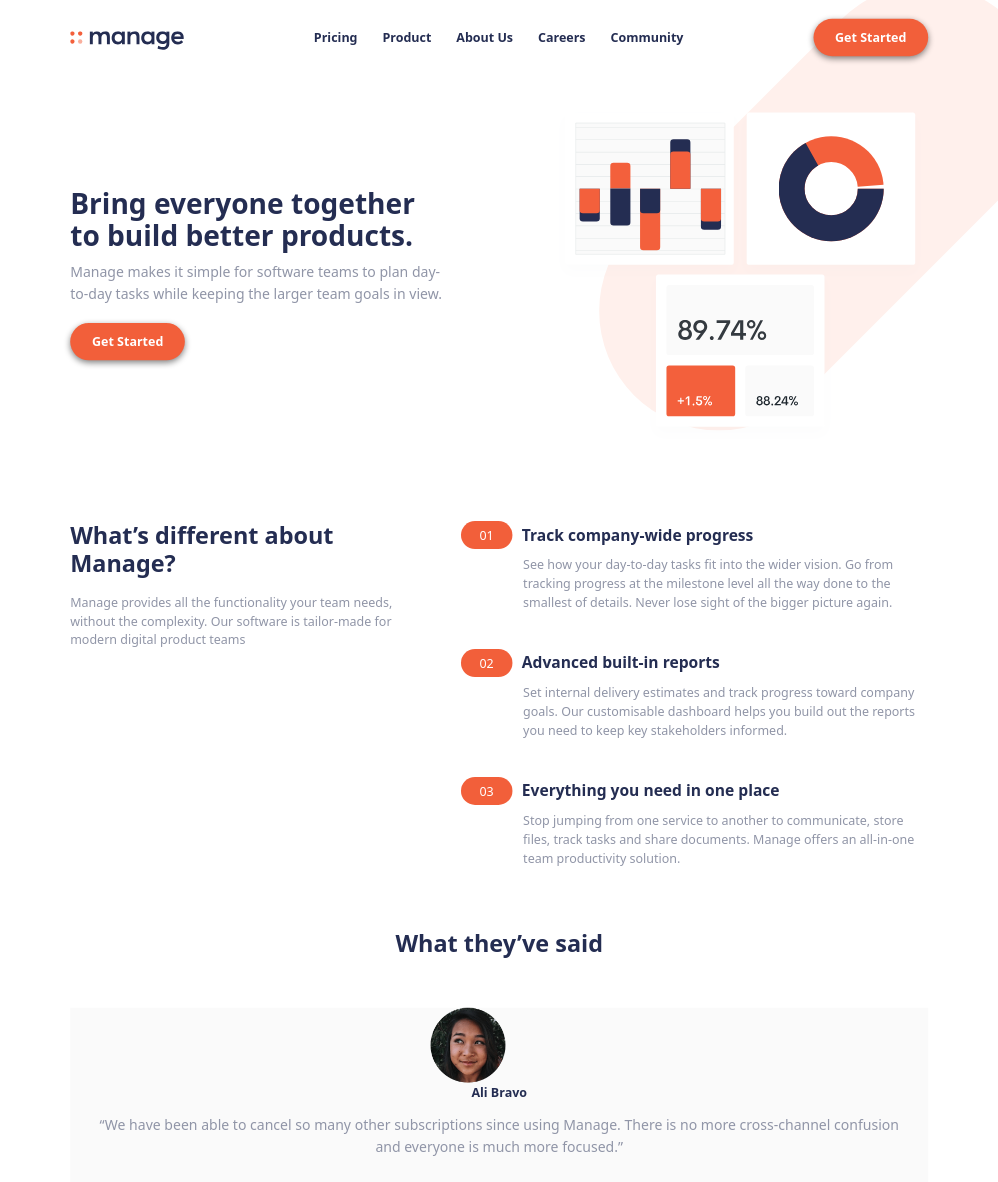
Repository: aqib-01/manage-landing-page
Page: /
The author's editor kept a copy of each file at every save. The page is drawn from the files as they stood at one save, then again after the next save.
The browser window is 1280 px wide. The pictures show the whole page, at 78% of full size.
The project was rebuilt for these pictures with package versions that can differ from the ones it lists, and the page was loaded fresh each time.

Above is the page before, as saved 2022-05-12 21:23:46.

After the next save:
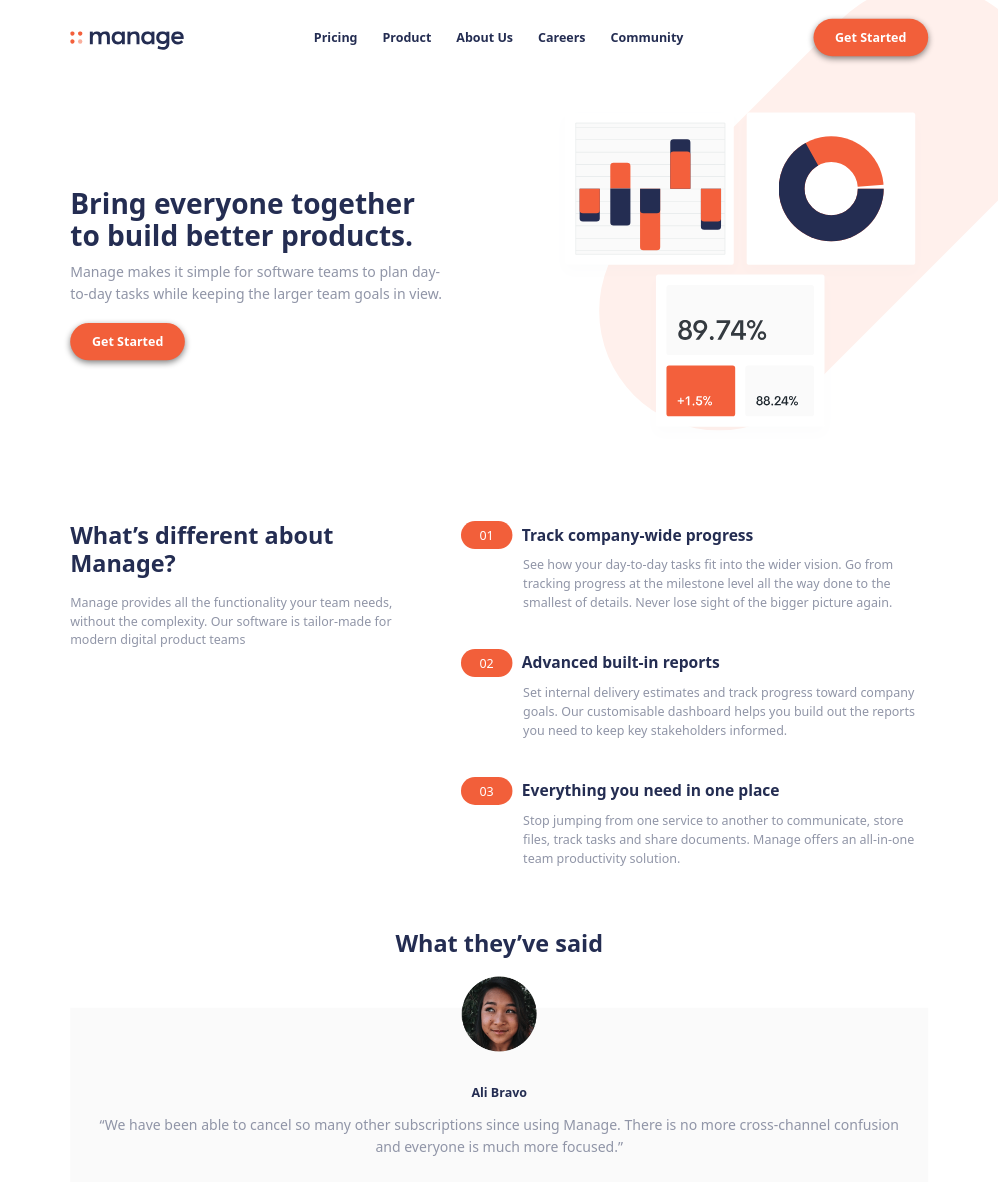
Saved 4 s later.
--- a/src/components/Testimonials.js
+++ b/src/components/Testimonials.js
@@ -10,7 +10,7 @@ const Testimonials = () => {
         <div>
           <div className="bg-very-light-gray px-6 pb-8">
             <img
-              className="w-24 -translate-x-10 block mx-auto"
+              className="w-24 -translate-y-10 block mx-auto"
               src="images/avatar-ali.png"
               alt=""
             />
